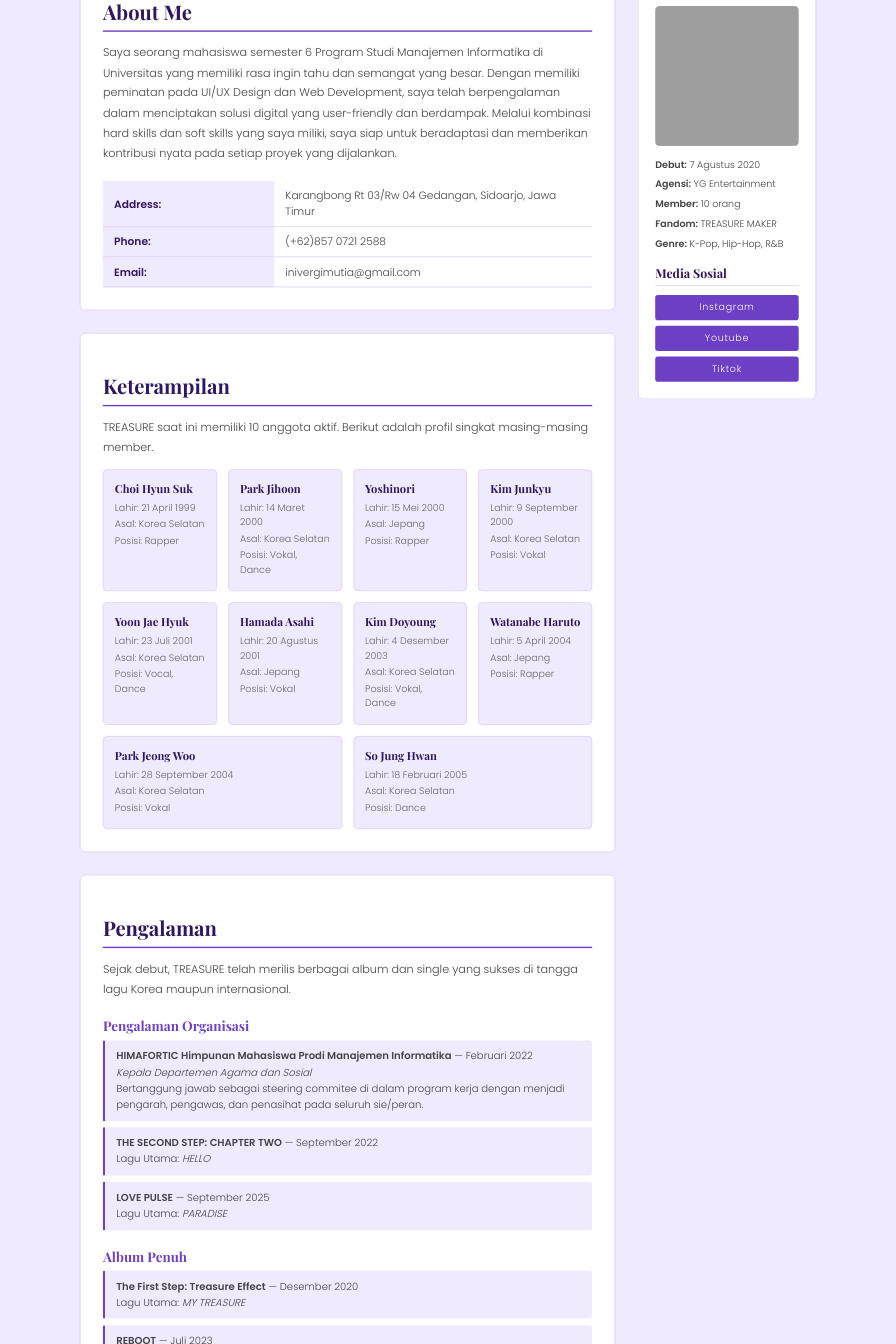
Repository: VergiMutiaRahmasyani/Website-Portofolio
Page: index.html
These files come from the project's save history. The page is drawn as it stood at one moment and after the next save; the edit follows.
The browser window is 1280 px wide. The pictures show the part of the page from y = 569 to 2489 px (the page is 3023 px tall before and 2887 px after), at 70% of full size.
Pictures or frames that could not be fetched are drawn as grey boxes.

Above is the page before, as saved 2026-03-07 11:39:34.

### index.html
<!DOCTYPE html>
<html>
    <head>
        <meta charset="utf-8" />
        <meta name="viewport" content="width=device-width, initial-scale=1.0" />
        <title>Portofolio Vergi</title>

        <!-- My Own CSS -->
        <link rel="stylesheet" href="css/style.css" />

        <!-- Google Fonts -->
        <link rel="preconnect" href="https://fonts.googleapis.com">
        <link rel="preconnect" href="https://fonts.gstatic.com" crossorigin>
        <link href="https://fonts.googleapis.com/css2?family=Playfair+Display:wght@400;700&family=Poppins:wght@300;400;600&display=swap" rel="stylesheet">
    </head>

    <body>

        <!-- HEADER -->
        <header class="site-header">

            <!-- NAVBAR -->
            <div class="navbar">
                <nav class="nav-list">
                    <ul>
                        <li><a href="#About">About Me</a></li>
                        <li><a href="#Work">Work</a></li>
                        <li><a href="Project">Project</a></li>
                        <li><a href="#Education">Education</a></li>
                        <li><a href="Organization">Organization</a></li>
                        <li><a href="https://drive.google.com/file/d/13-ep7ykiG-k7d2KfzBZSPx55XoqW1qHe/view?usp=sharing" target="_blank"> Resume</a></li>
                    </ul>
                </nav>
            </div>

            <div class="hero">
                <div class="hero-overlay">
                    <h1>Welcome, <br> To My Portofolio!</h1>
                </div>
            </div>

        </header>

        <!-- MAIN -->
        <main>
            <div class="content-wrapper">
                <div id="content">
                    <article id="About">
                        <h2>About Me</h2>
                        <p>
                            Saya seorang mahasiswa semester 6 Program Studi Manajemen Informatika di Universitas yang memiliki rasa
                            ingin tahu dan semangat yang besar. Dengan memiliki peminatan pada UI/UX Design dan Web Development,
                            saya telah berpengalaman dalam menciptakan solusi digital yang user-friendly dan berdampak. Melalui
                            kombinasi hard skills dan soft skills yang saya miliki, saya siap untuk beradaptasi dan memberikan kontribusi
                            nyata pada setiap proyek yang dijalankan.
                        </p>

                        <table class="info-table">
                            <tr>
                                <th>Address: </th>
                                <td>Karangbong Rt 03/Rw 04 Gedangan, Sidoarjo, Jawa Timur</td>
                            </tr>
                            <tr>
                                <th>Phone:</th>
                                <td>(+62)857 0721 2588</td>
                            </tr>
                            <tr>
                                <th>Email: </th>
                                <td>inivergimutia@gmail.com</td>
                            </tr>

                        </table>
                    </article>

                    <article id="Keterampilan">
                        <h2> Keterampilan </h2>
                        <p>
                            TREASURE saat ini memiliki 10 anggota aktif. Berikut adalah profil singkat masing-masing member.
                        </p>

                        <div class="member-list">
                            <div class="member-card">
                                <h3>Choi Hyun Suk</h3>
                                <p>Lahir: 21 April 1999</p>
                                <p>Asal: Korea Selatan</p>
                                <p>Posisi: Rapper</p>
                            </div>
                            <div class="member-card">
                                <h3>Park Jihoon</h3>
                                <p>Lahir: 14 Maret 2000</p>
                                <p>Asal: Korea Selatan</p>
                                <p>Posisi: Vokal, Dance</p>
                            </div>
                            <div class="member-card">
                                <h3>Yoshinori</h3>
                                <p>Lahir: 15 Mei 2000</p>
                                <p>Asal: Jepang</p>
                                <p>Posisi: Rapper</p>
                            </div>
                            <div class="member-card">
                                <h3>Kim Junkyu</h3>
                                <p>Lahir: 9 September 2000</p>
                                <p>Asal: Korea Selatan</p>
                                <p>Posisi: Vokal</p>
                            </div>
                            <div class="member-card">
                                <h3>Yoon Jae Hyuk</h3>
                                <p>Lahir: 23 Juli 2001</p>
                                <p>Asal: Korea Selatan</p>
                                <p>Posisi: Vocal, Dance</p>
                            </div>
                            <div class="member-card">
                                <h3>Hamada Asahi</h3>
                                <p>Lahir: 20 Agustus 2001</p>
                                <p>Asal: Jepang</p>
                                <p>Posisi: Vokal</p>
                            </div>
                            <div class="member-card">
                                <h3>Kim Doyoung</h3>
                                <p>Lahir: 4 Desember 2003</p>
                                <p>Asal: Korea Selatan</p>
                                <p>Posisi: Vokal, Dance</p>
                            </div>
                            <div class="member-card">
                                <h3>Watanabe Haruto</h3>
                                <p>Lahir: 5 April 2004</p>
                                <p>Asal: Jepang</p>
                                <p>Posisi: Rapper</p>
                            </div>
                            <div class="member-card">
                                <h3>Park Jeong Woo</h3>
                                <p>Lahir: 28 September 2004</p>
                                <p>Asal: Korea Selatan</p>
                                <p>Posisi: Vokal</p>
                            </div>
                            <div class="member-card">
                                <h3>So Jung Hwan</h3>
                                <p>Lahir: 18 Februari 2005</p>
                                <p>Asal: Korea Selatan</p>
                                <p>Posisi: Dance</p>
                            </div>
                        </div>
                    </article>

                    <article id="pengalaman">
                        <h2>Pengalaman</h2>
                        <p>
                            Sejak debut, TREASURE telah merilis berbagai album dan single yang sukses di tangga lagu Korea maupun internasional.
                        </p>

                        <h3> Pengalaman Organisasi</h3>
                        <ul class="pengalaman-list">
                            <li>
                                <strong>HIMAFORTIC Himpunan Mahasiswa Prodi Manajemen Informatika</strong> — Februari 2022
                                <br><em>Kepala Departemen Agama dan Sosial</em>
                                <br>Bertanggung jawab sebagai steering commitee di dalam program kerja dengan menjadi pengarah,
                                pengawas, dan penasihat  pada seluruh sie/peran.
                            </li>
                            <li>
                                <strong>THE SECOND STEP: CHAPTER TWO</strong> — September 2022
                                <br>Lagu Utama: <em>HELLO</em>
                            </li>
                            <li>
                                <strong>LOVE PULSE</strong> — September 2025
                                <br>Lagu Utama: <em>PARADISE</em>
                            </li>
                        </ul>

                        <h3>Album Penuh</h3>
                        <ul class="pengalaman-list">
                            <li>
                                <strong>The First Step: Treasure Effect</strong> — Desember 2020
                                <br>Lagu Utama: <em>MY TREASURE</em>
                            </li>
                            <li>
                                <strong>REBOOT</strong> — Juli 2023
                                <br>Lagu Utama: <em>BONA BONA</em>
                            </li>
                        </ul>

                        <h3>Single Pilihan</h3>
                        <ul class="pengalaman-list">
                            <li><em>MOVE</em> — 2023</li>
                            <li><em>LAST NIGHT</em> — 2024</li>
                            <li><em>KING KONG</em> — 2024</li>
                            <li><em>YELLOW</em> — 2025</li>
                        </ul>
                    </article>

                </div>

                <!-- ASIDE -->
                <aside>
                    <div class="aside-inner">
                        <h3>Info Singkat</h3>
                        <img src="https://assets.promediateknologi.id/crop/102x655:921x1098/750x0/webp/photo/2023/07/03/F0HwG4daEAE8TSh-2407782942.jpg" alt="Logo TREASURE" class="aside-img" />
                        <ul class="aside-info">
                            <li><strong>Debut:</strong> 7 Agustus 2020</li>
                            <li><strong>Agensi:</strong> YG Entertainment</li>
                            <li><strong>Member:</strong> 10 orang</li>
                            <li><strong>Fandom:</strong> TREASURE MAKER</li>
                            <li><strong>Genre:</strong> K-Pop, Hip-Hop, R&B</li>
                        </ul>

                        <h3>Media Sosial</h3>
                        <ul class="aside-social">
                            <li><a href="https://www.instagram.com/yg_treasure_official/" target="_blank">Instagram</a></li>
                            <li><a href="https://www.youtube.com/@TREASURE" target="_blank">Youtube</a></li>
                            <li><a href="https://tiktok.com/@yg_treasure_tiktok" target="_blank">Tiktok</a></li>
                        </ul>
                    </div>
                </aside>
            </div>

        </main>

        <!-- FOOTER -->
        <footer>
            <p>Website Profil TREASURE &copy;2026 </p>
        </footer>

    </body>
</html>

### css/style.css
*,
*::before,
*::after {
    box-sizing: border-box;
}

/* =====================
   PALET WARNA UNGU
   --ungu-gelap   : #2e1760  (navbar, footer)
   --ungu-utama   : #6c3fc5  (aksen utama)
   --ungu-sedang  : #9b6ee0  (hover, border)
   --ungu-muda    : #d8c8f5  (border ringan)
   --ungu-pucat   : #f0eaff  (background halaman)
   ===================== */

body {
    font-family: 'Poppins', sans-serif;
    font-weight: 300;
    background-color: #f0eaff;
    color: #1a1a1a;
    margin: 0;
}


/* =====================
   HEADER
   ===================== */

header.site-header {
    background-color: #2e1760;
    color: white;
}

/* NAVBAR */
header.site-header .navbar {
    padding: 1rem 2rem;
    position: fixed;
    top: 0;
    left: 0;
    right: 0;
    width: 100%;
    z-index: 999;
    background-color: #2e1760;
}

header.site-header .nav-list ul {
    list-style: none;
    padding: 0;
    margin: 0;

    display: flex;
    justify-content: center;
    gap: 2rem;
}

header.site-header .nav-list li a {
    text-decoration: none;
    color: #d8c8f5;
    font-size: 0.9rem;
    font-weight: 400;
    letter-spacing: 1px;
    transition: color 0.2s ease;
}

header.site-header .nav-list li a:hover {
    color: white;
}

/* HERO */
header.site-header .hero {
    position: relative;
    width: 100%;
    height: 420px;
    overflow: hidden;
    margin-top: 57px;
}

header.site-header .hero .hero-img {
    width: 100%;
    height: 100%;
    object-fit: cover;
    object-position: top;
    opacity: 0.4;
    display: block;
}

header.site-header .hero .hero-overlay {
    position: absolute;
    inset: 0;

    display: flex;
    align-items: center;
    justify-content: center;
}

header.site-header .hero .hero-overlay h1 {
    font-family: 'Playfair Display', serif;
    font-size: 5rem;
    letter-spacing: 10px;
    color: white;
    margin: 0;
    text-align: center;
}


/* =====================
   MAIN & LAYOUT
   ===================== */

main {
    max-width: 1100px;
    margin-inline: auto;
    padding: 2rem 1.5rem;
}

.content-wrapper {
    display: flex;
    gap: 2rem;
    align-items: flex-start;
}

#content {
    flex: 3;

    display: flex;
    flex-direction: column;
    gap: 2rem;
}


/* =====================
   ARTICLE
   ===================== */

article {
    background-color: white;
    border: 1px solid #d8c8f5;
    border-radius: 8px;
    padding: 2rem;
}

article h2 {
    font-family: 'Playfair Display', serif;
    font-size: 1.8rem;
    margin-bottom: 1rem;
    padding-bottom: 0.5rem;
    border-bottom: 2px solid #6c3fc5;
    color: #2e1760;
}

article h3 {
    font-family: 'Playfair Display', serif;
    font-size: 1.2rem;
    margin-top: 1.5rem;
    margin-bottom: 0.5rem;
    color: #6c3fc5;
}

article p {
    line-height: 1.8;
    margin-bottom: 1rem;
    color: #444;
}


/* =====================
   TABEL INFO
   ===================== */

.info-table {
    width: 100%;
    border-collapse: collapse;
    margin-top: 1.5rem;
}

.info-table th,
.info-table td {
    padding: 0.6rem 1rem;
    text-align: left;
    border-bottom: 1px solid #d8c8f5;
    font-size: 0.95rem;
}

.info-table th {
    width: 35%;
    font-weight: 600;
    color: #2e1760;
    background-color: #f0eaff;
}

.info-table td {
    color: #444;
}


/* =====================
   MEMBER CARDS
   ===================== */

.member-list {
    display: flex;
    flex-wrap: wrap;
    gap: 1rem;
    margin-top: 1rem;
}

.member-card {
    flex: 1 1 160px;
    background-color: #f0eaff;
    border: 1px solid #d8c8f5;
    border-radius: 6px;
    padding: 1rem;
}

.member-card h3 {
    font-size: 1rem;
    margin-top: 0;
    margin-bottom: 0.5rem;
    color: #2e1760;
}

.member-card p {
    font-size: 0.85rem;
    color: #666;
    margin: 0.2rem 0;
    line-height: 1.5;
}


/* =====================
   ALBUM LIST
   ===================== */

.pengalaman-list {
    list-style: none;
    padding: 0;
    margin: 0.5rem 0 1rem 0;

    display: flex;
    flex-direction: column;
    gap: 0.6rem;
}

.pengalaman-list li {
    padding: 0.7rem 1rem;
    background-color: #f0eaff;
    border-left: 3px solid #6c3fc5;
    border-radius: 0 4px 4px 0;
    font-size: 0.9rem;
    color: #444;
    line-height: 1.6;
}


/* =====================
   ASIDE
   ===================== */

aside {
    flex: 1;
    position: sticky;
    top: 80px;
}

aside .aside-inner {
    background-color: white;
    border: 1px solid #d8c8f5;
    border-radius: 8px;
    padding: 1.5rem;
}

aside h3 {
    font-family: 'Playfair Display', serif;
    font-size: 1.1rem;
    margin-top: 1.2rem;
    margin-bottom: 0.8rem;
    padding-bottom: 0.4rem;
    border-bottom: 1px solid #d8c8f5;
    color: #2e1760;
}

aside h3:first-child {
    margin-top: 0;
}

.aside-img {
    width: 100%;
    max-width: 250px;
    height: 200px;
    object-fit: cover;
    object-position: top;
    display: block;
    margin: 0.5rem auto 1rem auto;
    border-radius: 6px;
}

.aside-info {
    list-style: none;
    padding: 0;
    margin: 0;

    display: flex;
    flex-direction: column;
    gap: 0.4rem;
}

.aside-info li {
    font-size: 0.85rem;
    color: #444;
    line-height: 1.6;
}

.aside-social {
    list-style: none;
    padding: 0;
    margin: 0;

    display: flex;
    flex-direction: column;
    gap: 0.5rem;
}

.aside-social li a {
    display: block;
    text-align: center;
    padding: 0.5rem;
    background-color: #6c3fc5;
    color: white;
    text-decoration: none;
    border-radius: 4px;
    font-size: 0.85rem;
    letter-spacing: 1px;
    transition: background-color 0.2s ease;
}

.aside-social li a:hover {
    background-color: #9b6ee0;
}


/* =====================
   FOOTER
   ===================== */

footer {
    background-color: #2e1760;
    color: #d8c8f5;
    text-align: center;
    padding: 1.5rem;
    margin-top: 3rem;
    font-size: 0.85rem;
    letter-spacing: 1px;
}


/* =====================
   RESPONSIVE
   ===================== */

@media screen and (max-width: 768px) {
    header.site-header .nav-list ul {
        flex-wrap: wrap;
        justify-content: center;
        gap: 0.8rem;
    }

    .content-wrapper {
        flex-direction: column;
    }

    aside {
        position: static;
        width: 100%;
    }

    .member-card {
        flex: 1 1 130px;
    }
}

After the next save:
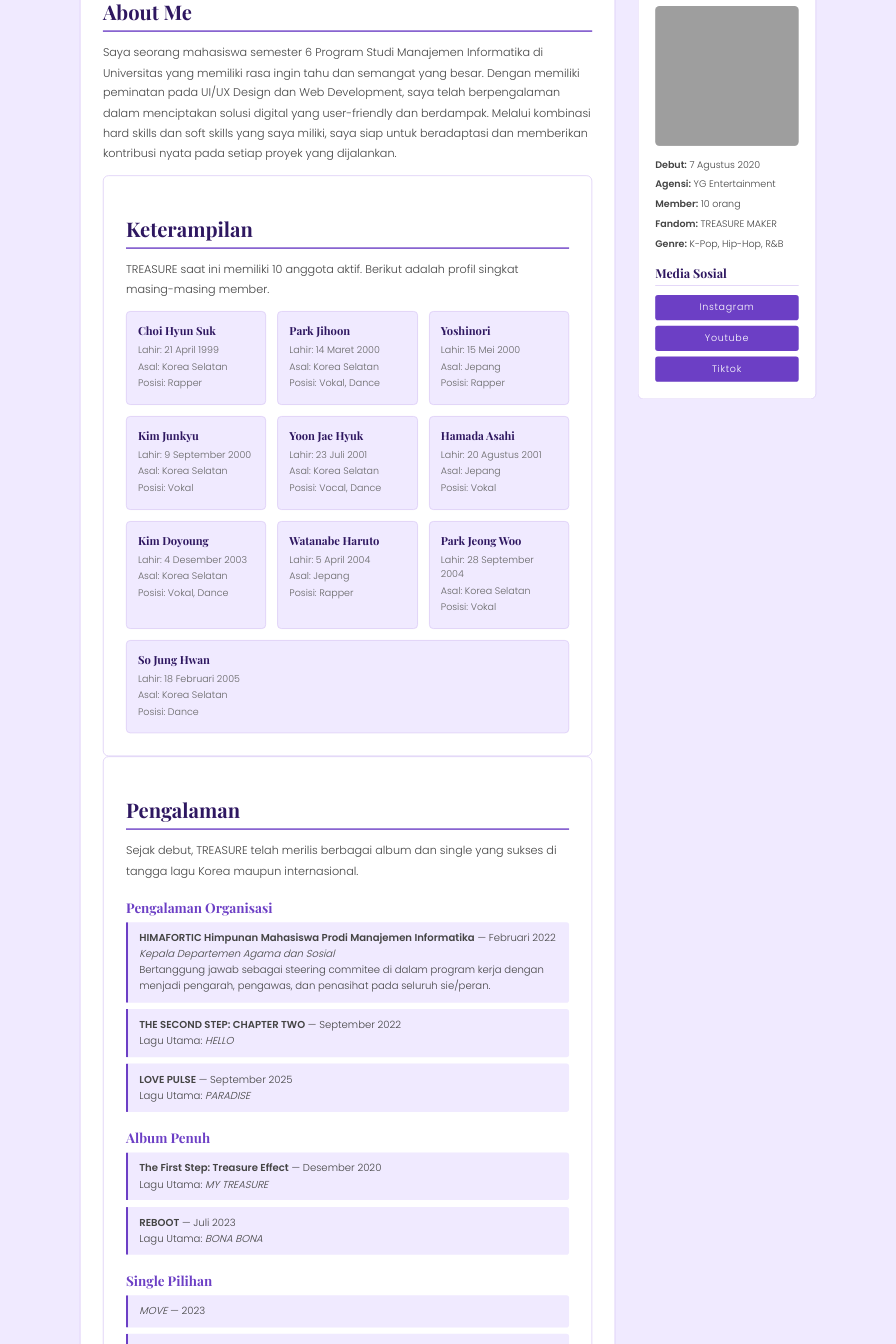
Saved 11 s later.
--- a/index.html
+++ b/index.html
@@ -55,22 +55,6 @@
                             nyata pada setiap proyek yang dijalankan.
                         </p>
 
-                        <table class="info-table">
-                            <tr>
-                                <th>Address: </th>
-                                <td>Karangbong Rt 03/Rw 04 Gedangan, Sidoarjo, Jawa Timur</td>
-                            </tr>
-                            <tr>
-                                <th>Phone:</th>
-                                <td>(+62)857 0721 2588</td>
-                            </tr>
-                            <tr>
-                                <th>Email: </th>
-                                <td>inivergimutia@gmail.com</td>
-                            </tr>
-
-                        </table>
-                    </article>
 
                     <article id="Keterampilan">
                         <h2> Keterampilan </h2>
